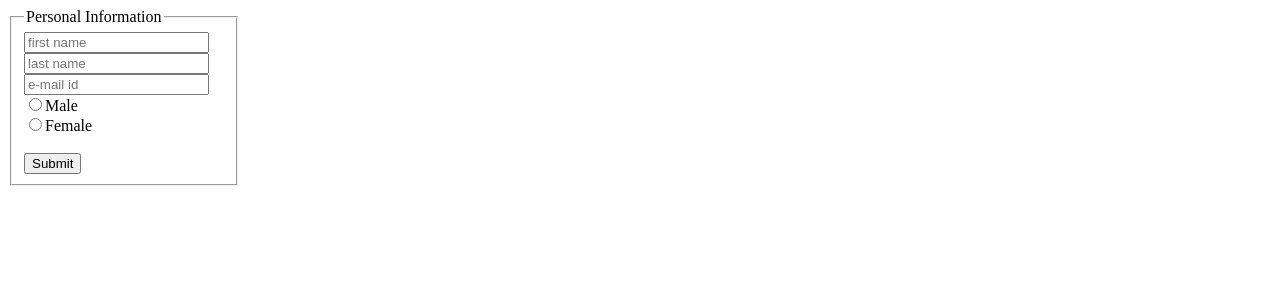
Repository: sauran/SapientTraining
Page: DemoProject/WebContent/Signup.html
An editor plug-in stored every save of this project. The page is shown before and after the next save, followed by the edit.
The browser window is 1280 px wide. The pictures show the whole page.

Above is the page before, as saved 2015-09-15 10:11:06.

### DemoProject/WebContent/Signup.html
<!DOCTYPE html>
<html>
<head>
<meta charset="ISO-8859-1">
<title>Sign Up</title>
</head>
<body >

<form action=""  method = "get">

<fieldset style = "width: 200px">
<legend> Personal Information</legend>
<input type = "text" name= "FirstName" placeholder= "first name"><br>
<input type = "text" name= "LastName" placeholder= "last name"><br>
<input type = "text" name= "e-mail id " placeholder= "e-mail id"><br>
<input type="radio" name="sex" value="male" >Male
<br>
<input type="radio" name="sex" value="female">Female
<br><br>
<input type="submit">

</fieldset>



</form>







</body>
</html>

After the next save:
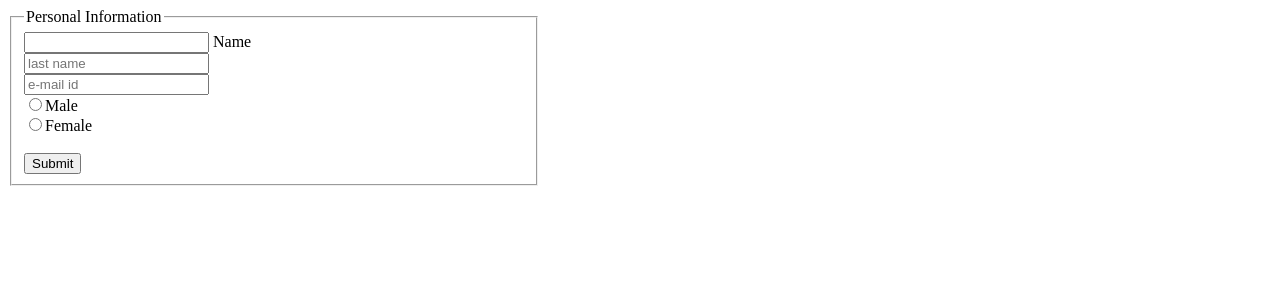
Saved 9 min 8 s later.
--- a/DemoProject/WebContent/Signup.html
+++ b/DemoProject/WebContent/Signup.html
@@ -3,14 +3,42 @@
 <head>
 <meta charset="ISO-8859-1">
 <title>Sign Up</title>
+
+<style>
+
+fieldset{
+width:500px;
+}
+label.field{
+text-align:right;
+width:100px;
+float:left;
+font-weight:bold;
+
+
+
+}
+input.textbox-300{
+
+width:300px;
+float:left;
+}
+fieldset p{
+
+clear:both;
+padding:5px;
+
+}
+
+</style>
 </head>
 <body >
 
 <form action=""  method = "get">
 
-<fieldset style = "width: 200px">
+<fieldset >
 <legend> Personal Information</legend>
-<input type = "text" name= "FirstName" placeholder= "first name"><br>
+<input label class = "field"  for ="Name"> Name</label><br>
 <input type = "text" name= "LastName" placeholder= "last name"><br>
 <input type = "text" name= "e-mail id " placeholder= "e-mail id"><br>
 <input type="radio" name="sex" value="male" >Male
